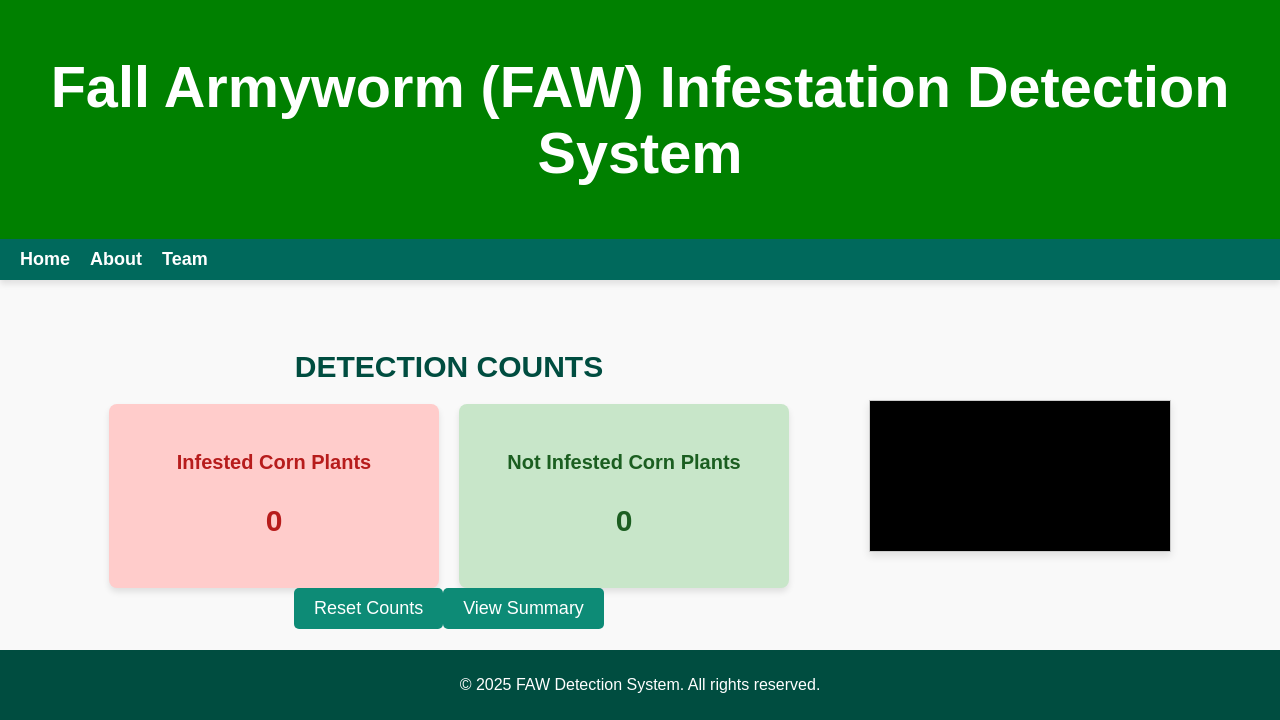
Repository: jansen223/faw-detection-main
Page: /
The author's editor kept a copy of each file at every save. The page is drawn from the files as they stood at one save, then again after the next save.
The browser window is 1280 px wide. The pictures show the whole page.
The page's requests for data from a server got no answer. The project was rebuilt for these pictures with package versions that can differ from the ones it lists, and the page was loaded fresh each time. No one was signed in, and anything a server would have sent is missing. Also part of the build but not shown: src/pages/About.css, src/pages/About.js, src/pages/Team.css, src/pages/Team.js, src/pages/Summary.css, src/pages/Summary.js.

Above is the page before, as saved 2025-04-12 12:36:20.

After the next save:
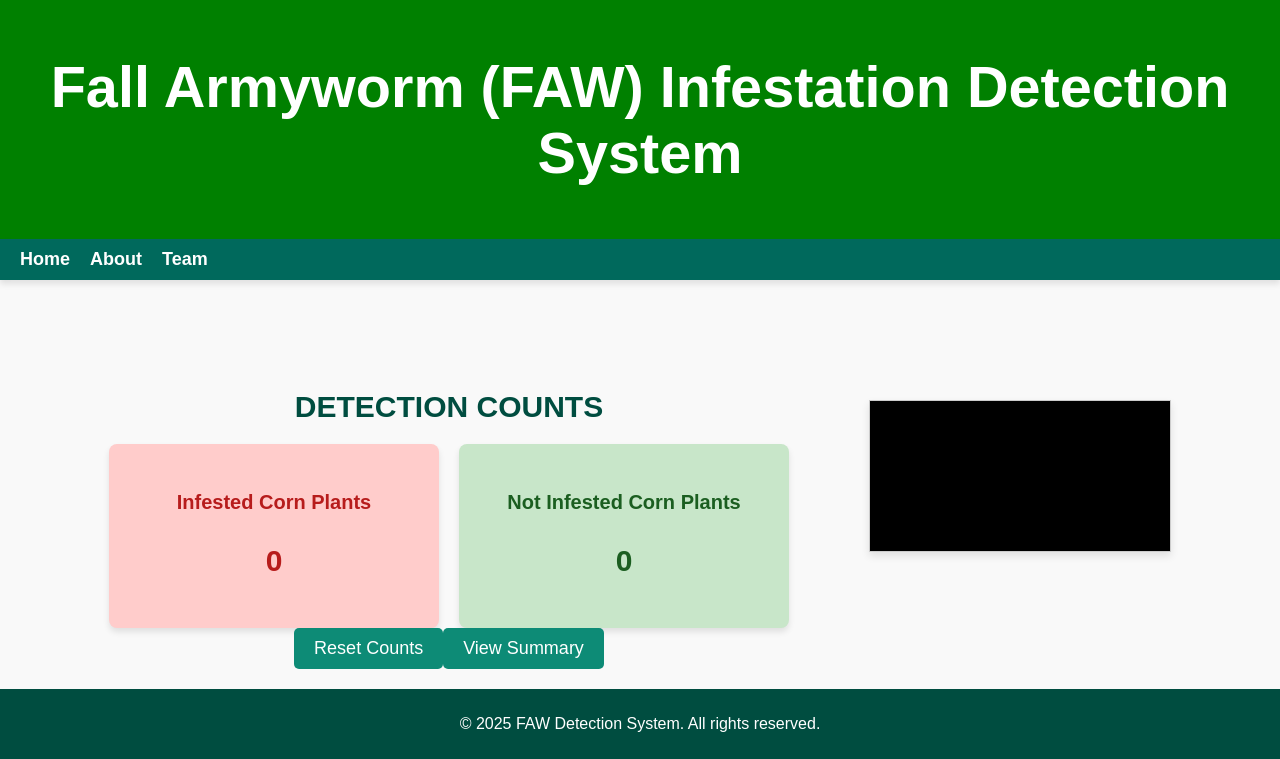
Saved 7 s later.
--- a/src/pages/Home.css
+++ b/src/pages/Home.css
@@ -13,7 +13,7 @@
   flex: 1;
   max-width: 680px;
   text-align: center;
-  margin-top: 20px;
+  margin-top: 60px;
 }
 
 .detection-section h3 {
